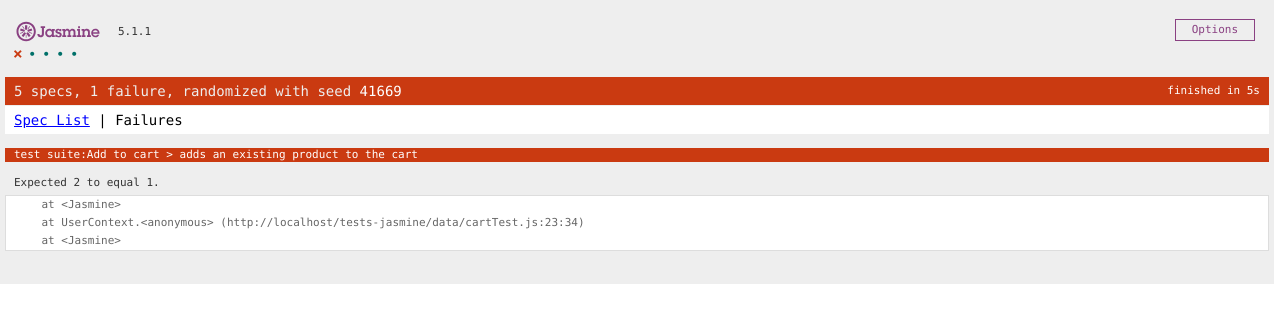
Repository: Srikeerthi05/Amazon-project
Page: tests-jasmine/tests.html
These files come from the project's save history. The page is drawn as it stood at one moment and after the next save; the edit follows.
The browser window is 1280 px wide. The pictures show the whole page.

Above is the page before, as saved 2025-05-25 13:50:38.

After the next save:
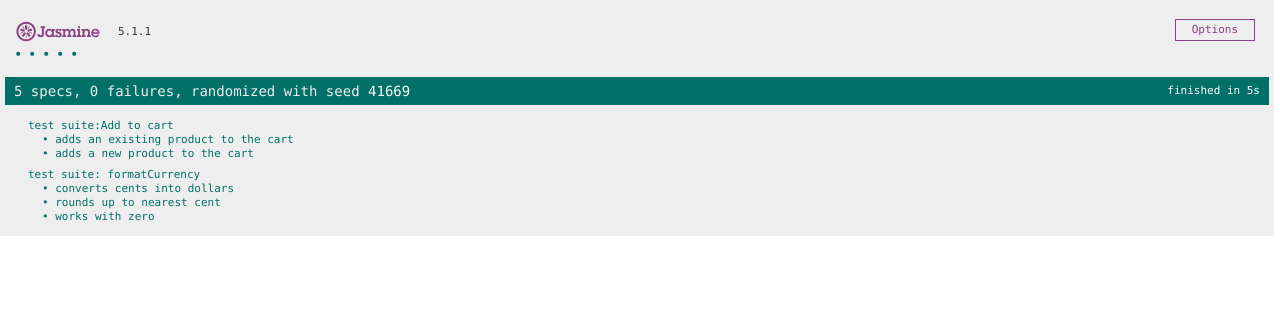
Saved 21 s later.
--- a/tests-jasmine/data/cartTest.js
+++ b/tests-jasmine/data/cartTest.js
@@ -20,7 +20,7 @@
         expect(cart.length).toEqual(1);
         expect(localStorage.setItem).toHaveBeenCalledTimes(1);
         expect(cart[0].productId).toEqual('e43638ce-6aa0-4b85-b27f-e1d07eb678c6');
-        expect(cart[0].quantity).toEqual(1);
+        expect(cart[0].quantity).toEqual(2);
     });
 
     it('adds a new product to the cart',()=>{
